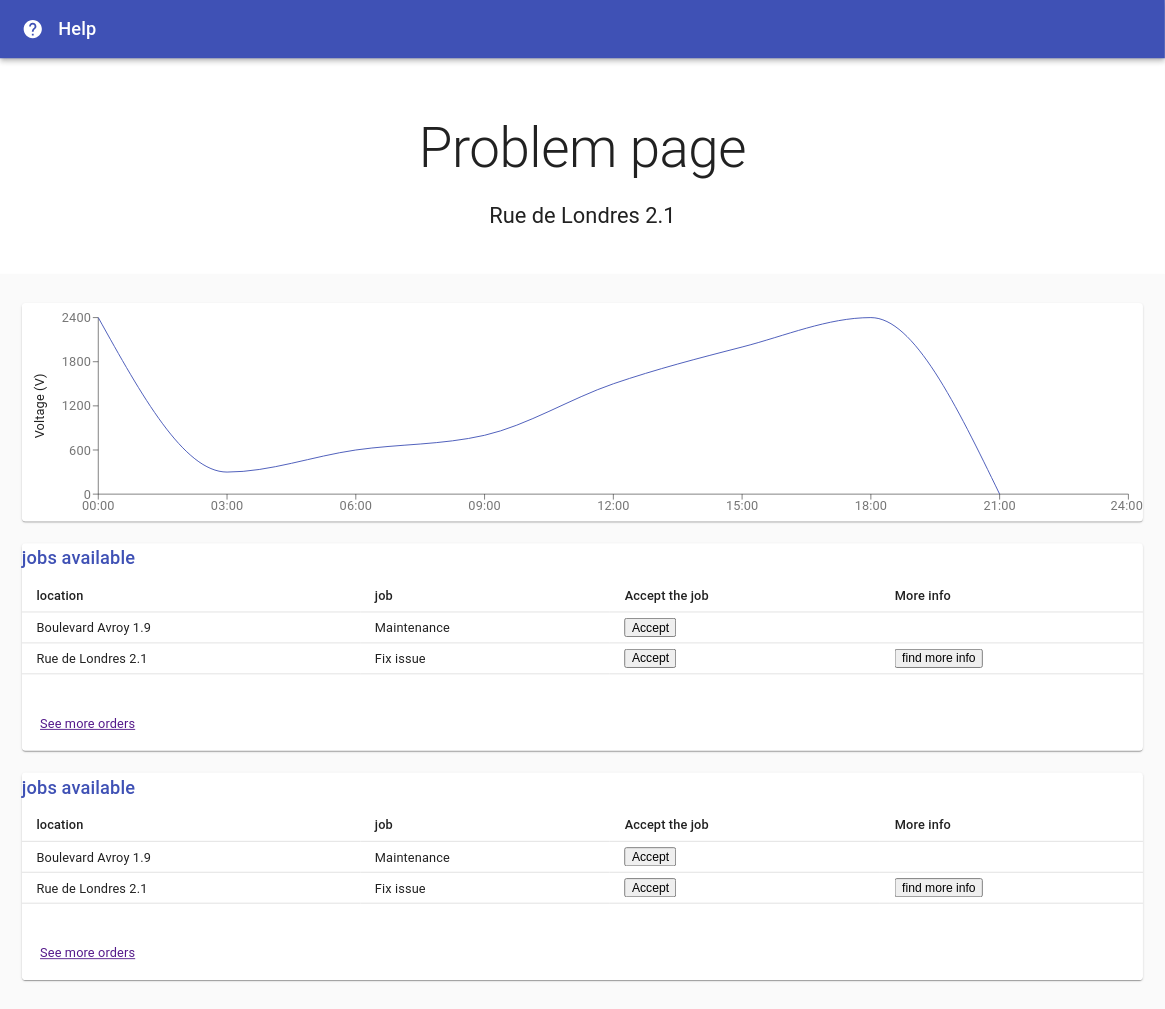
Repository: sapbrussels/intelligenthighway_webapp
Page: /Problempage (app in router/)
These files come from the project's save history. The page is drawn as it stood at one moment and after the next save; the edit follows.
The browser window is 1280 px wide. The pictures show the whole page, at 91% of full size.
The project was rebuilt for these pictures with package versions that can differ from the ones it lists, and the page was loaded fresh each time. Also part of the build but not shown: router/src/App.css, router/src/Login.js, router/src/Maps.js, router/src/Jobspage.js, router/src/Direction.js, router/src/Maintenance.js, router/src/Help.js.

Above is the page before, as saved 2020-03-31 15:11:07.

After the next save:
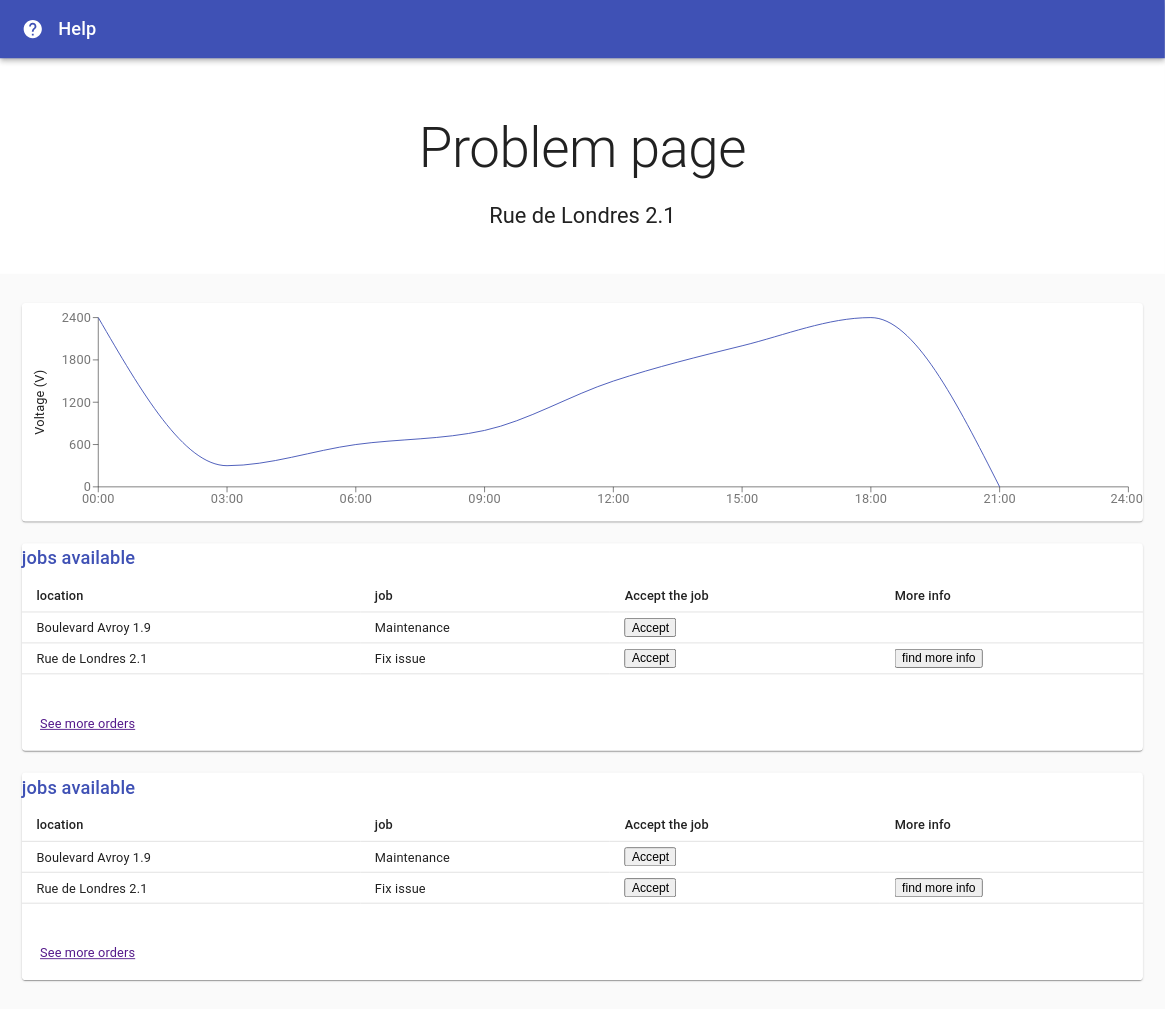
Saved 63 s later.
--- a/router/src/Voltage.js
+++ b/router/src/Voltage.js
@@ -32,7 +32,7 @@ export default function Chart() {
           margin={{
             top: 16,
             right: 16,
-            bottom: 0,
+            bottom: 8,
             left: 24,
           }}
         >
